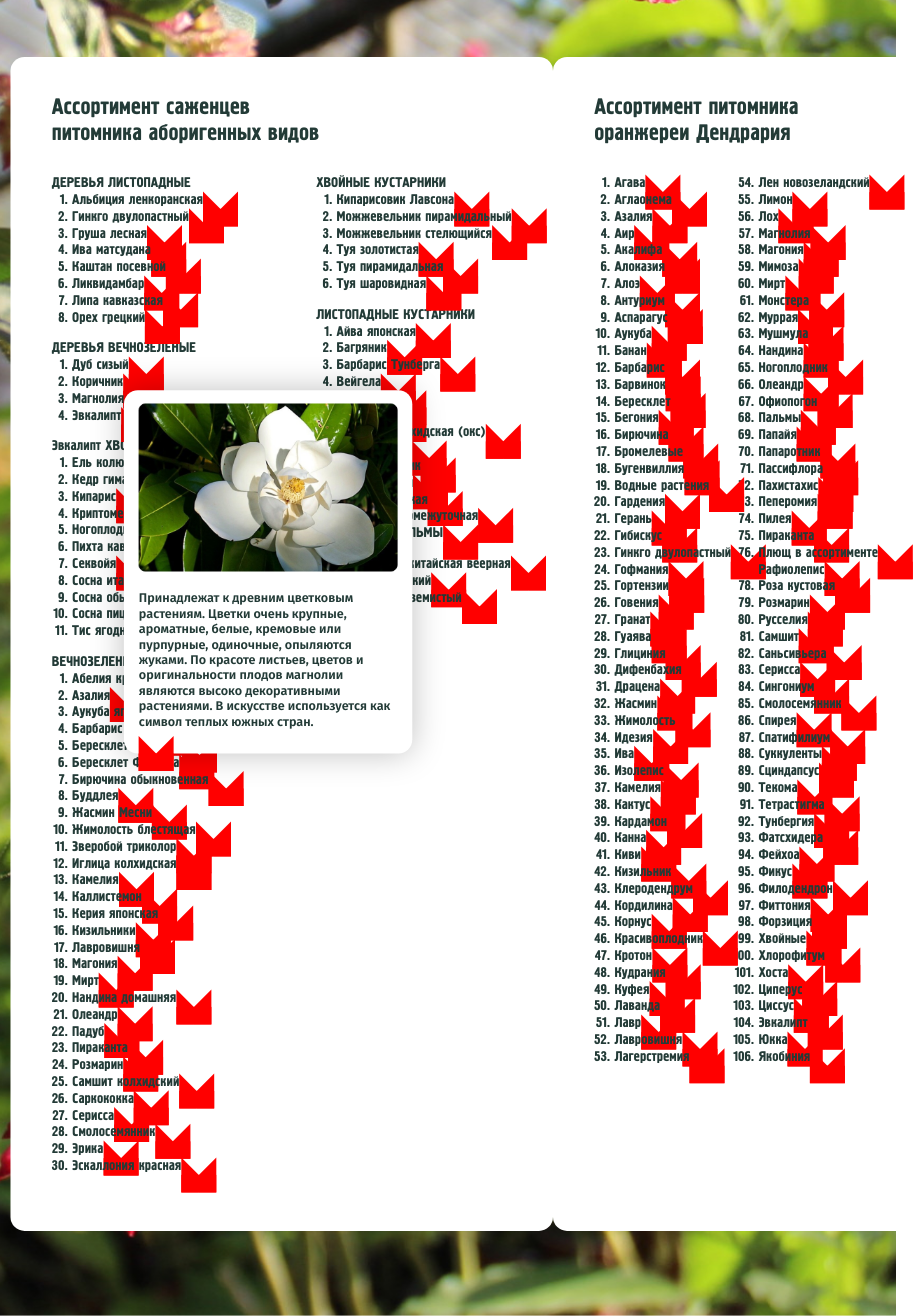
Repository: sem1103/np-sochi
Page: index.html
The author's editor kept a copy of each file at every save. The page is drawn from the files as they stood at one save, then again after the next save.
The browser window is 1280 px wide. The page is 1313 px wide, so the pictures cover 1313 px, including what lies to the right of the window. The pictures show the part of the page from y = 718 to 2598 px (the page is 2598 px tall), at 70% of full size.

Above is the page before, as saved 2024-01-17 23:04:48.

### index.html
<!DOCTYPE html>
<html lang="en">

<head>
    <meta charset="UTF-8">
    <meta name="viewport" content="width=device-width, initial-scale=1.0">
    <title>Сочинский Национальный Парк</title>

    <link rel="stylesheet" href="styles/reset.css">
    <link rel="stylesheet" href="styles/main.css">
</head>

<body>
    <div id="page">
        <header></header>

        <main>
            <div class="top__text container">
                <div class="text__content">
                    <p>
                        Приветствуем на странице питомников Сочинского национального парка!
                    </p>
                    <p>
                        Здесь представлен широкий ассортимент адаптивного посадочного материала из местных семян и
                        черенков растений, прошедших многолетнюю акклиматизацию в условиях Черноморского побережья
                        Кавказа.
                    </p>
                    <p>
                        В парке работают два питомника растений.
                    </p>
                    <p>
                        Питомник в селе Орел-Изумруд специализируется на выращивании кавказских видов. Также здесь можно
                        приобрести такие востребованные экзотические растения, как бамбуки, пальмы и эвкалипты.
                    </p>
                    <p>
                        Производственный питомник парка «Дендрарий» располагает саженцами экзотических деревьев и
                        кустарников для парков, растениями для зимних садов и оранжерей, комнатными растениями, рассадой
                        летников и многолетников, водных растений.
                    </p>
                    <p>
                        Знакомьтесь с ассортиментом посадочного материала и по всем вопросам обращайтесь к сотрудникам
                        Сочинского нацпарка:
                    </p>
                    <ul>
                        <li>начальник Адлерского питомника - Сергей Александрович Хлевный, тел. <a
                                href="tel:+79183030588">8-918-303-05-88</a>;</li>
                        <li>заведующий хозяйством (оранжереи) Дендрария - Рузанна Сергеевна Ашалян, тел.
                            8-918-209-77-79.</li>
                    </ul>
                </div>
                <div class="price__list">
                    <button>Прайс-лист</button>

                </div>
            </div>

            <div class="items__block container">
                <div class="item">
                    <h3>
                        Ассортимент саженцев <br>
                        питомника аборигенных видов
                    </h3>
                    <div>
                        <div class="left__items">
                            <h5>
                                ДЕРЕВЬЯ ЛИСТОПАДНЫЕ
                            </h5>
                            <ol>
                                <li><div>Альбиция ленкоранская</div></li>
                                <li><div>Гинкго двулопастный</div></li>
                                <li><div>Груша лесная</div></li>
                                <li><div>Ива матсудана</div></li>
                                <li><div>Каштан посевной</div></li>
                                <li><div>Ликвидамбар</div></li>
                                <li><div>Липа кавказская</div></li>
                                <li><div>Орех грецкий</div></li>
                            </ol>

                            <h5>
                                ДЕРЕВЬЯ ВЕЧНОЗЕЛЕНЫЕ
                            </h5>
                            <ol>
                                <li><div>Дуб сизый</div></li>
                                <li><div>Коричник</div></li>
                                <li>
                                    <div>Магнолия
                                        <div class="item__card">
                                            <img src="img/manqoliya.png" alt="Магнолия">
                                            <p>
                                                Принадлежат к древним цветковым растениям. Цветки очень крупные, ароматные, белые, кремовые или пурпурные, одиночные, опыляются жуками.  По красоте листьев, цветов и оригинальности плодов магнолии являются высоко декоративными растениями. В искусстве используется как символ теплых южных стран.
                                            </p>
                                        </div>
                                    </div>

                                </li>
                                <li><div>Эвкалипт</div></li>
                            </ol>

                            <h5>Эвкалипт ХВОЙНЫЕ ДЕРЕВЬЯ</h5>
                            <ol>
                                <li><div>Ель колючая голубая</div></li>
                                <li><div>Кедр гималайский</div></li>
                                <li><div>Кипарис </div></li>
                                <li><div>Криптомерия японская</div></li>
                                <li><div>Ногоплодник </div></li>
                                <li><div>Пихта кавказская</div></li>
                                <li><div>Секвойя </div></li>
                                <li><div>Сосна итальянская</div></li>
                                <li><div>Сосна обыкновенная</div></li>
                                <li><div>Сосна пицундская</div></li>
                                <li><div>Тис ягодный ВЕЧНОЗЕЛЕНЫЕ КУСТАРНИКИ</div></li>
                            </ol>

                            <h5>ВЕЧНОЗЕЛЕНЫЕ КУСТАРНИКИ</h5>
                            <ol>
                                <li><div>Абелия крупноцветковая</div></li>
                                <li><div>Азалия</div></li>
                                <li><div>Аукуба японская</div></li>
                                <li><div>Барбарис Сулье</div></li>
                                <li><div>Бересклет японский</div></li>
                                <li><div>Бересклет Форчуна</div></li>
                                <li><div>Бирючина обыкновенная</div></li>
                                <li><div>Буддлея</div></li>
                                <li><div>Жасмин Месни</div></li>
                                <li><div>Жимолость блестящая</div></li>
                                <li><div>Зверобой триколор</div></li>
                                <li><div>Иглица колхидская</div></li>
                                <li><div>Камелия</div></li>
                                <li><div>Каллистемон</div></li>
                                <li><div>Керия японская</div></li>
                                <li><div>Кизильники</div></li>
                                <li><div>Лавровишня</div></li>
                                <li><div>Магония</div></li>
                                <li><div>Мирт</div></li>
                                <li><div>Нандина домашняя</div></li>
                                <li><div>Олеандр</div></li>
                                <li><div>Падуб</div></li>
                                <li><div>Пираканта</div></li>
                                <li><div>Розмарин</div></li>
                                <li><div>Самшит колхидский</div></li>
                                <li><div>Саркококка</div></li>
                                <li><div>Серисса</div></li>
                                <li><div>Смолосемянник</div></li>
                                <li><div>Эрика</div></li>
                                <li><div>Эскаллония красная</div></li>
                            </ol>
                        </div>

                        <div class="right__items">
                            <h5>ХВОЙНЫЕ КУСТАРНИКИ</h5>
                            <ol>
                                <li><div>Кипарисовик Лавсона</div></li>
                                <li><div>Можжевельник пирамидальный</div></li>
                                <li><div>Можжевельник стелющийся</div></li>
                                <li><div>Туя золотистая</div></li>
                                <li><div>Туя пирамидальная</div></li>
                                <li><div>Туя шаровидная</div></li>
                            </ol>

                            <h5>ЛИСТОПАДНЫЕ КУСТАРНИКИ</h5>
                            <ol>
                                <li><div>Айва японская</div></li>
                                <li><div>Багряник</div></li>
                                <li><div>Барбарис Тунберга</div></li>
                                <li><div>Вейгела</div></li>
                                <li><div>Гортензия</div></li>
                                <li><div>Гранатник</div></li>
                                <li><div>Клекачка колхидская (окс)</div></li>
                                <li><div>Лагерстремия</div></li>
                                <li><div>Пузыреплодник</div></li>
                                <li><div>Роза кустовая</div></li>
                                <li><div>Спирея японская</div></li>
                                <li><div>Форзиция промежуточная</div></li>
                                <li><div>Чубушник ПАЛЬМЫ</div></li>
                            </ol>
                            <ol>
                                <li><div>Трахикарпус китайская веерная</div></li>
                                <li><div>Финик канарский</div></li>
                                <li><div>Хамеропс приземистый</div></li>
                            </ol>
                        </div>
                    </div>
                </div>

                <div class="item">
                    <h3>Ассортимент питомника  <br>
                        оранжереи Дендрария</h3>
                    <div>
                        <div class="left__items">
                            <ol>
                                <li><div>Агава</div></li>
                                <li><div>Аглаонема</div></li>
                                <li><div>Азалия</div></li>
                                <li><div>Аир</div></li>
                                <li><div>Акалифа</div></li>
                                <li><div>Алоказия</div></li>
                                <li><div>Алоэ</div></li>
                                <li><div>Антуриум</div></li>
                                <li><div>Аспарагус</div></li>
                                <li><div>Аукуба</div></li>
                                <li><div>Банан</div></li>
                                <li><div>Барбарис</div></li>
                                <li><div>Барвинок</div></li>
                                <li><div>Бересклет</div></li>
                                <li><div>Бегония</div></li>
                                <li><div>Бирючина</div></li>
                                <li><div>Бромелевые</div></li>
                                <li><div>Бугенвиллия</div></li>
                                <li><div>Водные растения</div></li>
                                <li><div>Гардения</div></li>
                                <li><div>Герань</div></li>
                                <li><div>Гибискус</div></li>
                                <li><div>Гинкго двулопастный</div></li>
                                <li><div>Гофмания</div></li>
                                <li><div>Гортензии</div></li>
                                <li><div>Говения</div></li>
                                <li><div>Гранат</div></li>
                                <li><div>Гуаява</div></li>
                                <li><div>Глициния</div></li>
                                <li><div>Дифенбахия</div></li>
                                <li><div>Драцена</div></li>
                                <li><div>Жасмин</div></li>
                                <li><div>Жимолость</div></li>
                                <li><div>Идезия</div></li>
                                <li><div>Ива</div></li>
                                <li><div>Изолепис</div></li>
                                <li><div>Камелия</div></li>
                                <li><div>Кактус</div></li>
                                <li><div>Кардамон</div></li>
                                <li><div>Канна</div></li>
                                <li><div>Киви</div></li>
                                <li><div>Кизильник</div></li>
                                <li><div>Клеродендрум</div></li>
                                <li><div>Кордилина</div></li>
                                <li><div>Корнус</div></li>
                                <li><div>Красивоплодник</div></li>
                                <li><div>Кротон</div></li>
                                <li><div>Кудрания</div></li>
                                <li><div>Куфея</div></li>
                                <li><div>Лаванда</div></li>
                                <li><div>Лавр</div></li>
                                <li><div>Лавровишня</div></li>
                                <li><div>Лагерстремия</div></li>
                            </ol>
                        </div>

                        <div class="right__items">
                            <ol start="54">
                                <li><div>Лен новозеландский</div></li>
                                <li><div>Лимон</div></li>
                                <li><div>Лох</div></li>
                                <li><div>Магнолия</div></li>
                                <li><div>Магония</div></li>
                                <li><div>Мимоза</div></li>
                                <li><div>Мирт</div></li>
                                <li><div>Монстера</div></li>
                                <li><div>Муррая</div></li>
                                <li><div>Мушмула</div></li>
                                <li><div>Нандина</div></li>
                                <li><div>Ногоплодник</div></li>
                                <li><div>Олеандр</div></li>
                                <li><div>Офиопогон</div></li>
                                <li><div>Пальмы</div></li>
                                <li><div>Папайя</div></li>
                                <li><div>Папаротник</div></li>
                                <li><div>Пассифлора</div></li>
                                <li><div>Пахистахис</div></li>
                                <li><div>Пеперомия</div></li>
                                <li><div>Пилея</div></li>
                                <li><div>Пираканта</div></li>
                                <li><div>Плющ в ассортименте</div></li>
                                <li><div>Рафиолепис</div></li>
                                <li><div>Роза кустовая</div></li>
                                <li><div>Розмарин</div></li>
                                <li><div>Русселия</div></li>
                                <li><div>Самшит</div></li>
                                <li><div>Саньсивьера</div></li>
                                <li><div>Серисса</div></li>
                                <li><div>Сингониум</div></li>
                                <li><div>Смолосемянник</div></li>
                                <li><div>Спирея</div></li>
                                <li><div>Спатифилиум</div></li>
                                <li><div>Суккуленты</div></li>
                                <li><div>Сциндапсус</div></li>
                                <li><div>Текома</div></li>
                                <li><div>Тетрастигма</div></li>
                                <li><div>Тунбергия</div></li>
                                <li><div>Фатсхидера</div></li>
                                <li><div>Фейхоа</div></li>
                                <li><div>Фикус</div></li>
                                <li><div>Филодендрон</div></li>
                                <li><div>Фиттония</div></li>
                                <li><div>Форзиция</div></li>
                                <li><div>Хвойные</div></li>
                                <li><div>Хлорофитум</div></li>
                                <li><div>Хоста</div></li>
                                <li><div>Циперус</div></li>
                                <li><div>Циссус</div></li>
                                <li><div>Эвкалипт</div></li>
                                <li><div>Юкка</div></li>
                                <li><div>Якобиния</div></li>
                            </ol>
                        </div>
                    </div>

                </div>
            </div>
        </main>

        <footer></footer>
    </div>
</body>

</html>

### styles/reset.css

:root{
    --gray: #233B37;
}
html{
    scroll-behavior: smooth;
}
html,
body,
div,
span,
applet,
object,
iframe,
h1,
h2,
h3,
h4,
h5,
h6,
p,
blockquote,
pre,
a,
abbr,
acronym,
address,
big,
cite,
code,
del,
dfn,
em,
img,
ins,
kbd,
q,
s,
samp,
small,
strike,
strong,
sub,
sup,
tt,
var,
b,
u,
i,
center,
dl,
dt,
dd,
ol,
ul,
li,
fieldset,
form,
label,
legend,
table,
caption,
tbody,
tfoot,
thead,
tr,
th,
td,
article,
aside,
canvas,
details,
embed,
figure,
figcaption,
footer,
header,
hgroup,
menu,
nav,
output,
ruby,
section,
summary,
time,
mark,
audio,
video {
    margin: 0;
    padding: 0;
    border: 0;
    font-size: 100%;
    font: inherit;
    vertical-align: baseline
}

article,
aside,
details,
figcaption,
figure,
footer,
header,
hgroup,
menu,
nav,
section {
    display: block
}

body {
    line-height: 1;
    font-family: Hermes;
}

ol,
ul {
    list-style: none
}

blockquote,
q {
    quotes: none
}

blockquote:before,
blockquote:after,
q:before,
q:after {
    content: '';
    content: none
}

table {
    border-collapse: collapse;
    border-spacing: 0
}

a {
    text-decoration: none;
    color: var(--gray);
    transition: all .3s ease-in-out
}

a:hover {
    color: #365edc;
}

* {
    box-sizing: border-box
}




.active__menu{
    opacity: .7;
    color: var(--gray);
}
#page{
    min-height: 100vh;
}

.container{
    max-width: 1652px;
    margin: auto;
    padding: 0 15px;
}
main img{
    width: 100%;
    height: auto;
}

### styles/main.css
@import url('https://fonts.googleapis.com/css2?family=Fira+Sans:wght@600&display=swap');
@font-face {
    font-family: 'Hermes';
    src: url('font/hermes.ttf'),
    url(font/hermes.woff),
    url(font/hermes.woff2) ;

}


main{
    background: url(../img/main-bg.png) center/cover;
}
p, li{
    font: 16px 'Hermes';
    color: var(--gray);
}
p{
    margin: 0 0 10px 0;
}
.top__text{
    padding: 142px 10px 108px 10px;
}
.text__content{
    padding: 48px 54px;
    background-color: #fff;
    width: 50%;
    margin: 0 0 30px auto;
    border-radius: 20px;
}
li{
    list-style: disc;
    margin: 0 0 0 20px;
}
.price__list{
    width: 50%;
    margin: 0 0 0 auto;
}
.price__list button{
    padding: 9px 37px;
    font: 600 18px 'Fira Sans';
    margin: 0;
    background: var(--gray);
    color: #fff;
    border: 0;
    border-radius: 10px;
    cursor: pointer;
    transition: all .3s ease-in-out;
}
.price__list button:hover{
    opacity: .8;
}

h3{
    color: var(--gray);
    font: 32px 'Hermes';
    margin: 0 0 40px 0;
}
h5{
    color: var(--gray);
    font: 20px Hermes;
}
.items__block{
    display: flex;
    flex-direction: row;
    justify-content: space-between;
    padding-bottom: 121px;
}
.item{
    flex-basis: calc(50% - 25px);
    background: #fff;
    padding: 52px 59px 61px 59px;
    border-radius: 20px;

}
.item > div{
    display: flex;
    justify-content: space-between;
}
ol{
    margin: 0 0 20px 0;
}
ol li{
    list-style: decimal;
    font: 20px Hermes;
    color: var(--gray);
    margin: 0 0 0 29px;
}
ol div{
    font: inherit;
    color: inherit;
    border: 0;
    padding: 0;
    background: transparent;
    text-align: left;
    cursor: pointer;
    position: relative;
    width: max-content;
}
ol div::after{
    content: '';
    position: absolute;
    border: 25px solid red;
    border-top-color: transparent;
}
.left__items{
    margin: 0 10px 0 0;
}
.item__card{
    position: absolute;
    z-index: 99;
    background: #fff;
    padding: 19px 21px 25px 21px;
    border-radius: 20px;
    box-shadow: 0px 0px 45px 0px #00000040;
    left: 100%;
    width: 412px;
    top: 0;
}
.item__card img{
    margin: 0 0 21px 0;
}
.item__card p{
    font: 600 18px 'Fira Sans';
}




/*Media*/
@media only screen and (max-width:1200px) {
    .items__block{
        flex-direction: column;
    }
    .item:first-child{
        margin: 0 0 50px 0;
    }
}
@media only screen and (max-width:1000px) {
    .text__content, .price__list{
        width: 100%;
    }

}
@media only screen and (max-width:768px){
    .top__text{
        padding: 19px 10px 31px 10px;
    }
}

@media only screen and (max-width:450px){
    .price__list button{
        width: 100%;
    }
    .item:first-child {
        margin: 0 0 15px 0;
    }
    .item{
        padding: 16px 20px 24px 20px;
    }
    .item > div{
        flex-direction: column;
    }
}

After the next save:
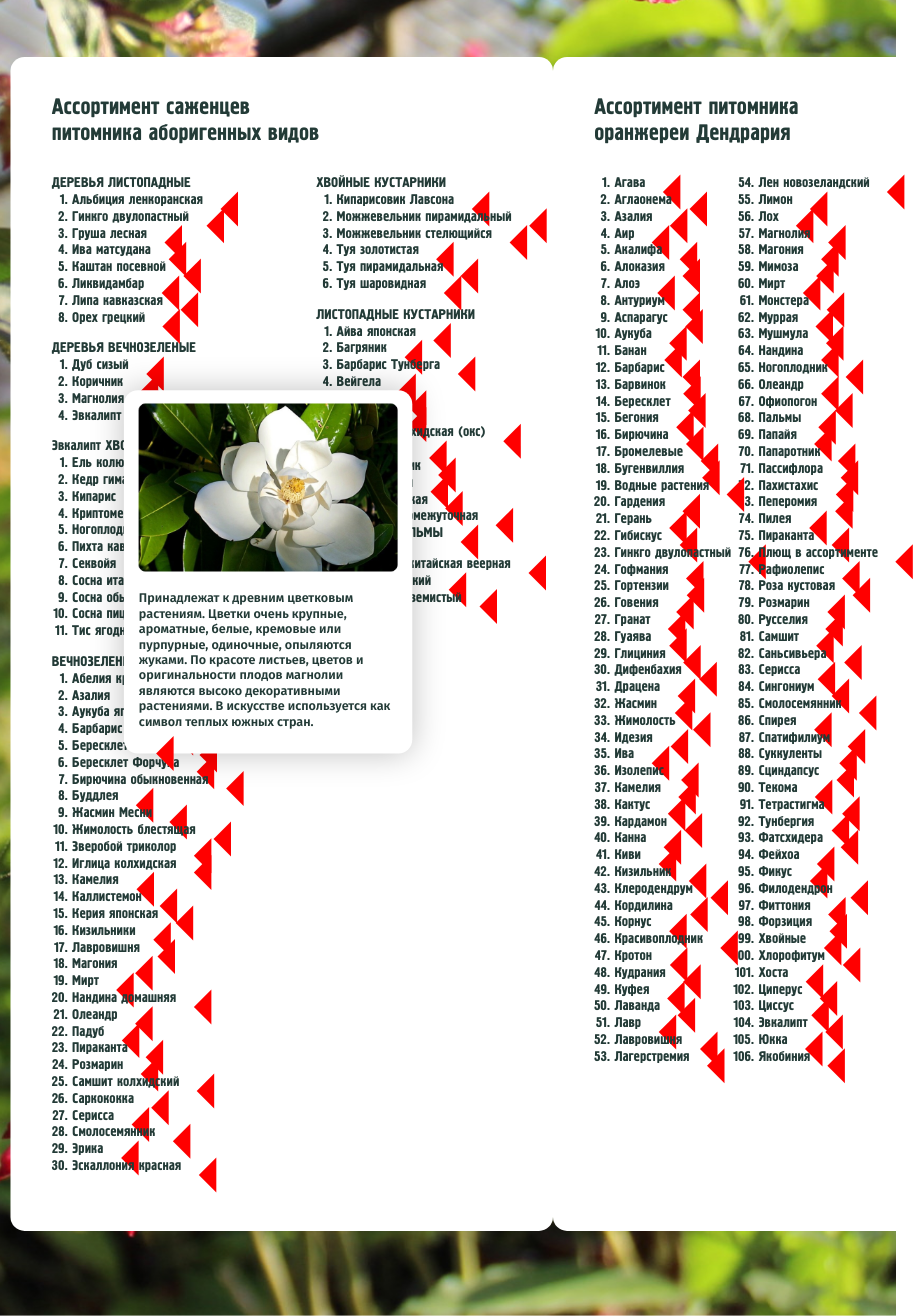
Saved 30 s later.
--- a/styles/main.css
+++ b/styles/main.css
@@ -100,8 +100,8 @@ ol div{
 ol div::after{
     content: '';
     position: absolute;
-    border: 25px solid red;
-    border-top-color: transparent;
+    border: 25px solid transparent;
+    border-right-color: red;
 }
 .left__items{
     margin: 0 10px 0 0;
